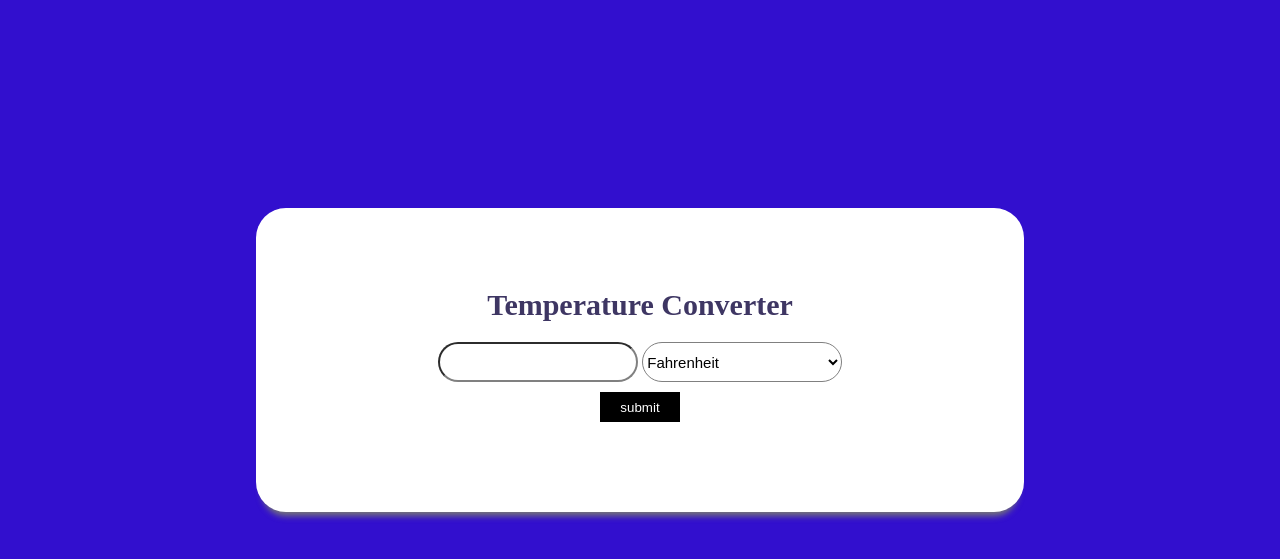
Repository: Mayur2905/OIBSIP
Page: Task-4/index.html
The author's editor kept a copy of each file at every save. The page is drawn from the files as they stood at one save, then again after the next save.
The browser window is 1280 px wide. The pictures show the whole page.

Above is the page before, as saved 2022-02-03 23:28:58.

### Task-4/index.html
<!DOCTYPE html>
<html lang="en">
<head>
    <meta charset="UTF-8">
    <meta http-equiv="X-UA-Compatible" content="IE=edge">
    <meta name="viewport" content="width=device-width, initial-scale=1.0">
    <title>Document</title>
    <link rel="stylesheet" href="style.css">
</head>
<body>
    <script type="text/javascript">
        function convert(){
            const temp = document.getElementById('temp').value;
            const ty = document.getElementById('type').value;
            if(ty == 'fah' )
            {
                var f = (temp*1.8)+32;
                document.getElementById('result').innerHTML=`= ${f}°Fahrenheit`;
            }
            else{
                var f= (temp*1) + 273.15;
                document.getElementById('result').innerHTML=`= ${f}°Kelvin`;
            }


        }
    </script>
    <form id="tempCalc" onsubmit="convert(); return false">
        <label for="temp">Temperature Converter</label><br/>
        <input type="text" name="temp" id="temp">
        <select name="temp_diff" id="type">
            <option value="fah">Fahrenheit</option>
            <option value="Kel">Kelvin</option>
        </select><br/>
        <input id="btn" type="submit" value="submit" name="temp">
        <div id="result"></div>
    </form>
</body>
</html>

### Task-4/style.css
* {
  margin: 0;
  padding: 0;
  box-sizing: border-box;
  font-family: "Mulish", sans-serif;
}

body {
  width: 100vw;
  height: 100vh;
  background-color: #320fce;
  display: grid;
  align-items: center;
}

form {
  background-color: #ffffff;
  padding: 80px;
  width: 60%;
  margin: 100px auto;
  text-align: center;
  box-shadow: 0 10px 6px -6px #777;
  border-radius: 30px;
}

#tempCalc label {
  font-size: 30px;
}

#temp {
  border-color: grey;
  border-radius: 20px;
  padding: 10px;
  height: 40px;
  width: 200px;
  font-size: 20px;
  margin-top: 20px;
  vertical-align: top;
}

#type {
  height: 40px;
  border-color: gray;
  border-radius: 20px;
  margin-top: 20px;
  font-size: 15px;
  height: 40px;
  width: 200px;
  vertical-align: top;
  background-color: #ffffff;
}
label {
  font-family: cursive;
  font-weight: bold;
  color: #3e3663;
}
#btn {
  background-color: black;
  height: 30px;
  width: 80px;
  color: white;
  margin: 10px;
  border: none;
}
#result {
  font-size: 15px;
  font-weight: 600;
}

After the next save:
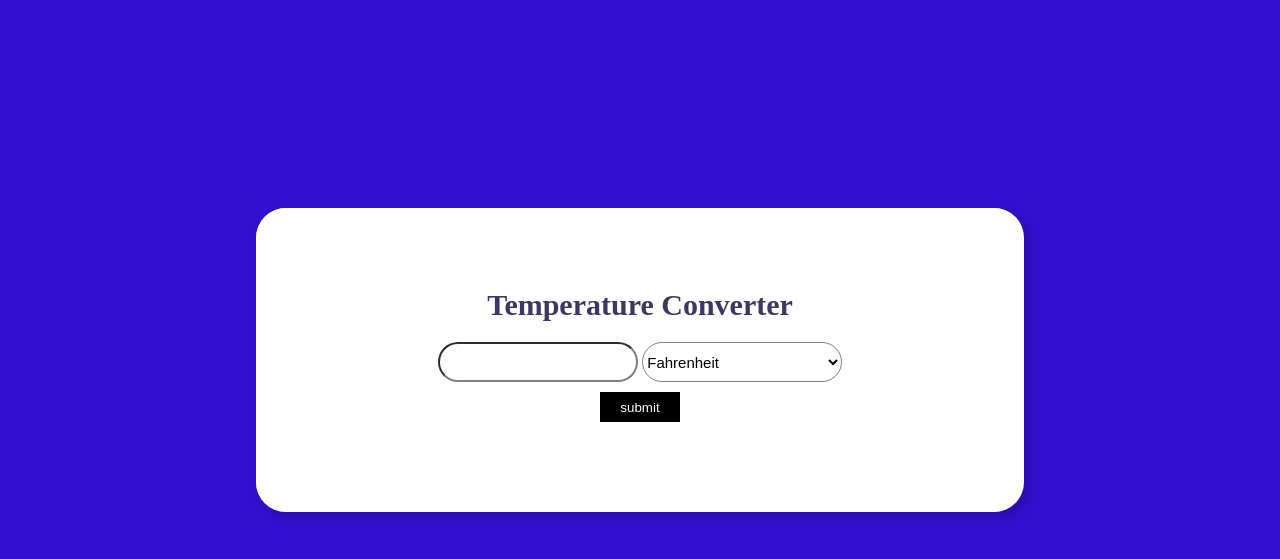
Saved 107 s later.
--- a/Task-4/style.css
+++ b/Task-4/style.css
@@ -19,7 +19,7 @@ form {
   width: 60%;
   margin: 100px auto;
   text-align: center;
-  box-shadow: 0 10px 6px -6px #777;
+  box-shadow: inset 5px 5px 12px #ffffff, 5px 5px 12px rgba(0, 0, 0, 0.16);
   border-radius: 30px;
 }
 
